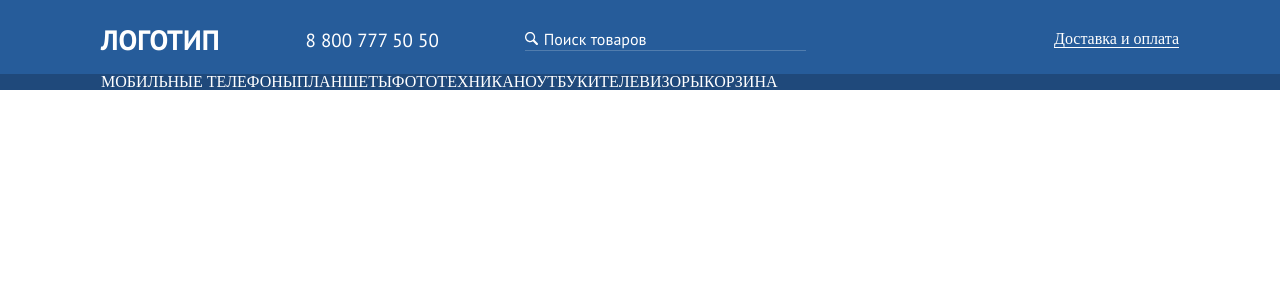
Repository: sem1103/WEBCompany
Page: index.html
The author's editor kept a copy of each file at every save. The page is drawn from the files as they stood at one save, then again after the next save.
The browser window is 1280 px wide. The pictures show the whole page.

Above is the page before, as saved 2024-01-11 19:00:57.

After the next save:
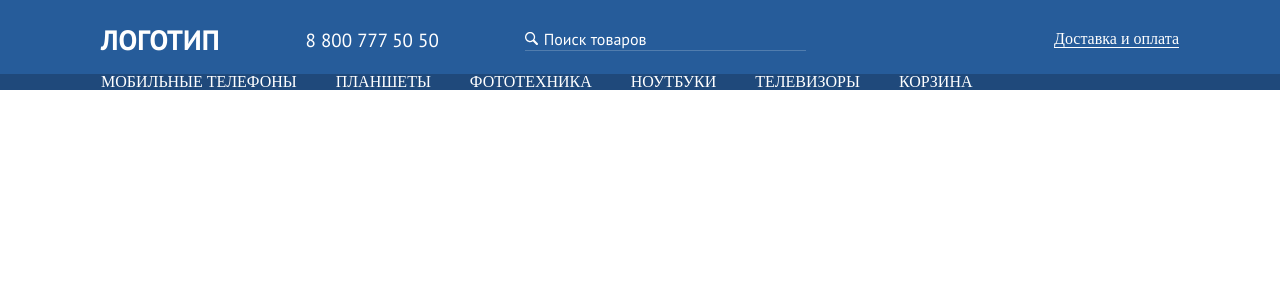
Saved 29 s later.
--- a/styles/main.css
+++ b/styles/main.css
@@ -65,3 +65,6 @@ nav ul{
     display: flex;
     color: #fff;
 }
+nav li{
+    margin: 0 39px 0 0;
+}
